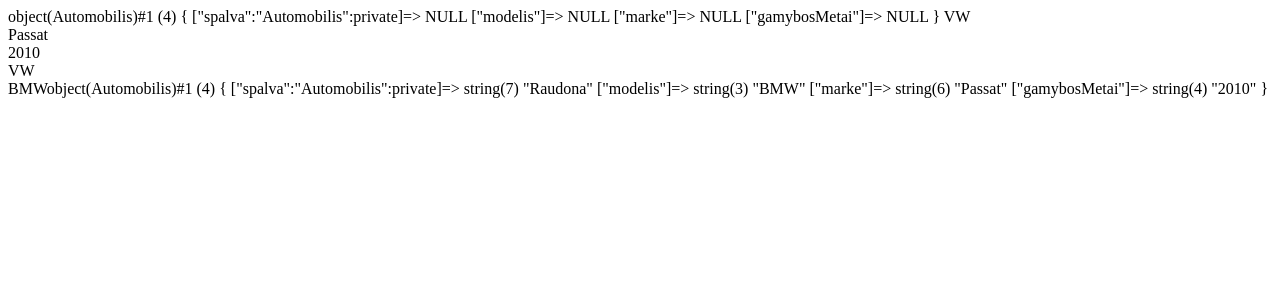
Repository: motiejus1/11-paskaita-PHP-05.31
Page: http://localhost/
The author's editor kept a copy of each file at every save. The page is drawn from the files as they stood at one save, then again after a run of saves.
The browser window is 1280 px wide. The pictures show the whole page.
The page is run by PHP 8.4 with error messages shown; the project is at /var/www/html/.

Above is the page before, as saved 2021-08-09 18:52:48.

After the next 4 saves:
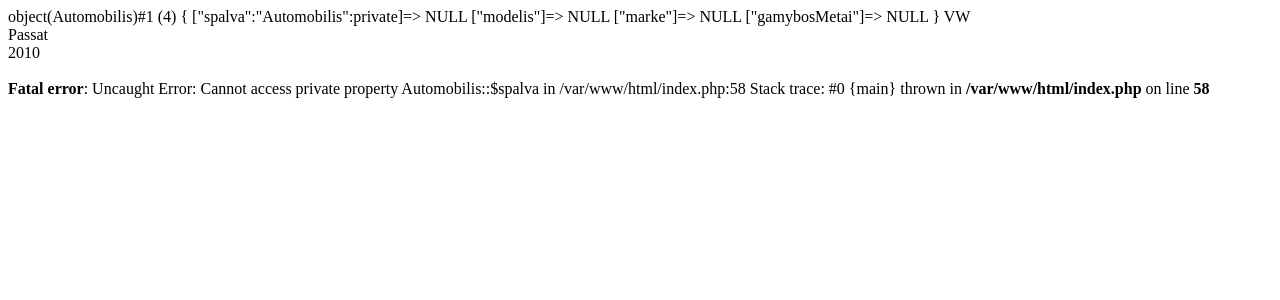
The 4 saves are shown as one change because they came seconds apart.
The last was saved 10 s later.
--- a/index.php
+++ b/index.php
@@ -55,7 +55,7 @@
     echo "<br>";
     echo $automobilis->gamybosMetai;
     echo "<br>";
-
+    $automobilis->spalva =
     // echo $automobilis->spalva;//ERROR
     // echo "<br>";
 
